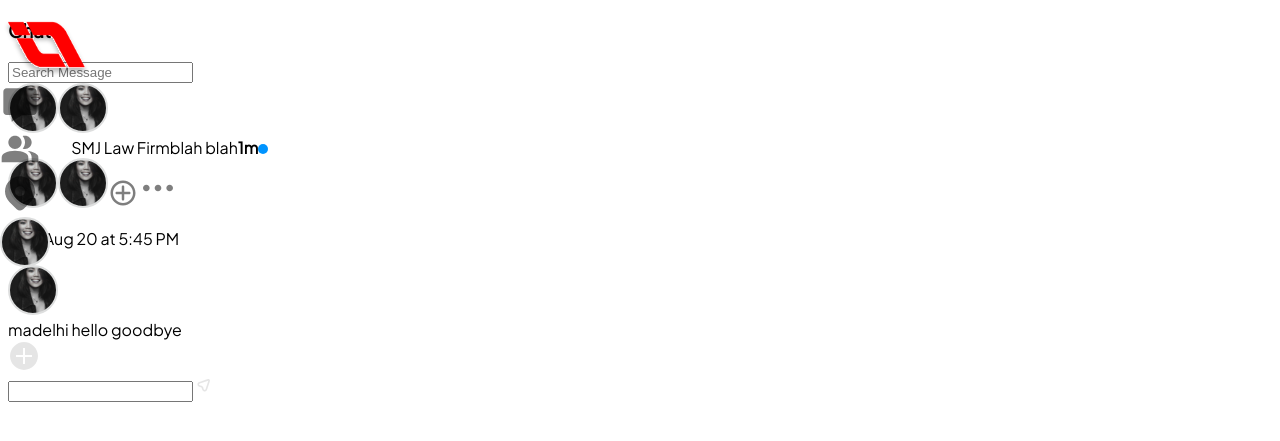
Repository: Nicktacku/LawChat
Page: /homechat (app in frontend/lawchat/)
These files come from the project's save history. The page is drawn as it stood at one moment and after the next save; the edit follows.
The browser window is 1280 px wide. The pictures show the whole page.
The project was rebuilt for these pictures with package versions that can differ from the ones it lists, and the page was loaded fresh each time. Also part of the build but not shown: frontend/lawchat/src/styles/button.css, frontend/lawchat/src/components/Button.js, frontend/lawchat/src/pages/Home.js, frontend/lawchat/src/pages/Login.js, frontend/lawchat/src/pages/Test.js.

Above is the page before, as saved 2024-08-15 14:10:18.

### frontend/lawchat/public/index.html
<!DOCTYPE html>
<html lang="en">
  <head>
    <meta charset="utf-8" />
    <link rel="icon" href="%PUBLIC_URL%/favicon.ico" />
    <meta name="viewport" content="width=device-width, initial-scale=1" />
    <meta name="theme-color" content="#000000" />
    <meta
      name="description"
      content="Web site created using create-react-app"
    />
    <link rel="apple-touch-icon" href="%PUBLIC_URL%/logo192.png" />
    <!--
      manifest.json provides metadata used when your web app is installed on a
      user's mobile device or desktop. See https://developers.google.com/web/fundamentals/web-app-manifest/
    -->
    <link rel="manifest" href="%PUBLIC_URL%/manifest.json" />
    <link
      href="https://fonts.googleapis.com/css?family=Plus Jakarta Sans"
      rel="stylesheet"
    />
    <!--
      Notice the use of %PUBLIC_URL% in the tags above.
      It will be replaced with the URL of the `public` folder during the build.
      Only files inside the `public` folder can be referenced from the HTML.

      Unlike "/favicon.ico" or "favicon.ico", "%PUBLIC_URL%/favicon.ico" will
      work correctly both with client-side routing and a non-root public URL.
      Learn how to configure a non-root public URL by running `npm run build`.
    -->
    <title>React App</title>
  </head>
  <body>
    <noscript>You need to enable JavaScript to run this app.</noscript>
    <div id="root"></div>
    <!--
      This HTML file is a template.
      If you open it directly in the browser, you will see an empty page.

      You can add webfonts, meta tags, or analytics to this file.
      The build step will place the bundled scripts into the <body> tag.

      To begin the development, run `npm start` or `yarn start`.
      To create a production bundle, use `npm run build` or `yarn build`.
    -->
  </body>
</html>

### frontend/lawchat/src/App.js
import Home from "./pages/Home.js";
import Login from "./pages/Login.js";
import HomeChat from "./pages/HomeChat.js";

import {
  createBrowserRouter,
  createRoutesFromElements,
  Route,
  RouterProvider,
} from "react-router-dom";
import Test from "./pages/Test.js";

const router = createBrowserRouter(
  createRoutesFromElements(
    <Route path="/">
      <Route index element={<Home />} />
      <Route path="/login" element={<Login />} />
      <Route path="/homechat" element={<HomeChat />} />
      <Route path="/test" element={<Test />} />
    </Route>
  )
);

function App() {
  return (
    <div className="App">
      {/* <Login /> */}
      <RouterProvider router={router} />
    </div>
  );
}

export default App;

### frontend/lawchat/src/pages/HomeChat.js
import React from "react";

import logo from "../images/logo.svg";
import chaticon from "../images/chaticon.svg";
import friendsicon from "../images/friendsicon.svg";
import locationicon from "../images/locationicon.svg";
import personaldp from "../images/personaldp.svg";

import newchaticon from "../images/newchaticon.svg";
import ChatPreview from "../components/ChatPreview";

import addicon from "../images/addicon.svg";
import tripledoticon from "../images/tripledoticon.svg";
import ChatBubble from "../components/ChatBubble";

import attachicon from "../images/attachicon.svg";

import sendicon from "../images/sendicon.svg";

import "../styles/homechat.css";

const HomeChat = () => {
  return (
    <div className="container">
      <div className="sidebar">
        <img src={logo} className="img" /> <br />
        <img src={chaticon} className="img" /> <br />
        <img src={friendsicon} className="img" /> <br />
        <img src={locationicon} className="img" /> <br />
        <img src={personaldp} className="img" /> <br />
      </div>
      <div className="chats">
        <h3 className="h3">
          <b>Chats</b>
        </h3>
        <image src={newchaticon} />
        <form>
          <input type="text" placeholder="Search Message" />
        </form>
        <ChatPreview name="SMJ Law Firm" preview="blah blah" />
      </div>
      <div className="chat">
        <div className="chat-bar">
          <img src={personaldp} />
          <img src={personaldp} />
          <img src={addicon} />
          <img src={tripledoticon} />
        </div>
        <div className="chat-content">
          <p>Sun, Aug 20 at 5:45 PM</p>
          <ChatBubble name="madel" message="hi hello goodbye" />
        </div>
        <div className="chatbox">
          <img src={attachicon} />
          <form>
            <input type="text" placeholder="" />
            <img src={sendicon} />
          </form>
        </div>
      </div>
    </div>
  );
};

export default HomeChat;

### frontend/lawchat/src/styles/home.css
body {
    font-family: 'Plus Jakarta Sans';
}

.body {
    padding-left: 5%;
    padding-right: 5%;
}

.navbar {
    overflow: hidden;
    border-bottom: 1px solid rgba(129, 133, 137, 0.3);
    padding-left: 3%;
    padding-right: 3%;
}



.nav-list {
    list-style-type: none;
    margin: 0;
    padding: 0;
    text-align: center;
}

.nav-item {
    float: right;
    padding: 2vh;
}

.logo{
    overflow: hidden;
    float:left;
}

.body-content {
    width: 40%;
    float: left;
    justify-content: center;
}

.body-image {
    width: 60%;
    float: right;
}

.h1{
    font-size: 18vh;
    margin-top: 30%;
}

.p {
    font-size: 5vh;
    color: gray;
}

.stores {
    justify-content: space-around;
}

.body-image {
    position: relative;
}

/* .body-image-content {
    position: absolute;
    width: 100px;
    height: 100px;
    border: 1px solid red;
} */

### frontend/lawchat/src/components/ChatPreview.js
import React from "react";

import personaldp from "../images/personaldp.svg";
import bluedot from "../images/bluedot.svg";

function ChatPreview(props) {
  return (
    <div className="container">
      <div className="images">
        <img src={personaldp} />
        <img src={personaldp} />
      </div>
      <div className="body">
        {props.name}
        {props.preview}
        <b>1m</b>
        <img src={bluedot} />
      </div>
    </div>
  );
}

export default ChatPreview;

### frontend/lawchat/src/components/ChatBubble.js
import React from "react";

import personaldp from "../images/personaldp.svg";

function ChatBubble(props) {
  return (
    <div className="container">
      <img src={personaldp} />
      <div className="chat">
        {props.name}
        {props.message}
      </div>
    </div>
  );
}

export default ChatBubble;

### frontend/lawchat/src/styles/homechat.css
.sidebar {
    height: 100%;
    width: 160px;
    position: fixed;
    top: 0;
    left: 0;
    overflow-x: hidden;
    padding-top: 16px;
    margin-right: 5%;
  }

.img{
    size: auto;
  }

Loaded but not shown: frontend/lawchat/src/index.js (common file)

After the next save:
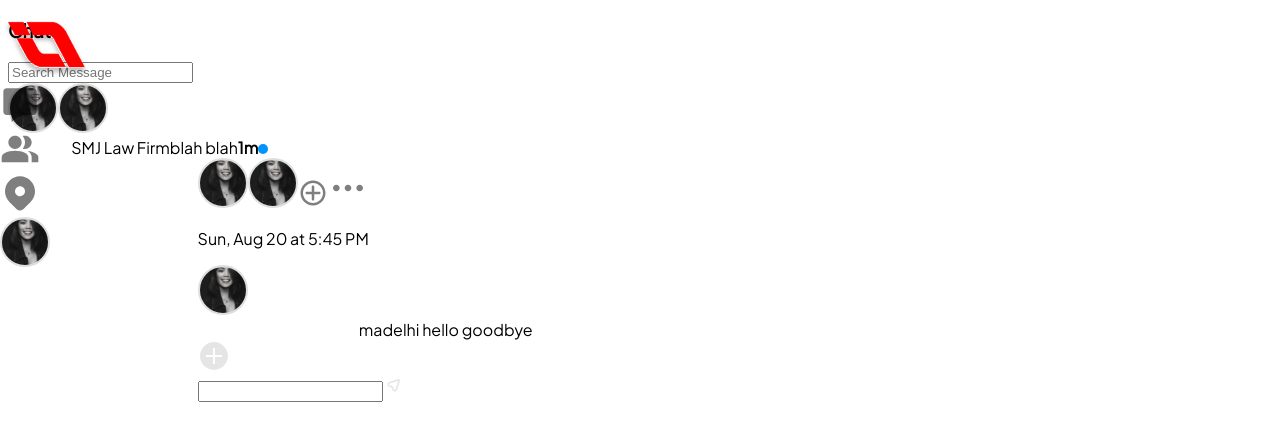
Saved 54 s later.
--- a/frontend/lawchat/src/styles/homechat.css
+++ b/frontend/lawchat/src/styles/homechat.css
@@ -6,8 +6,11 @@
     left: 0;
     overflow-x: hidden;
     padding-top: 16px;
-    margin-right: 5%;
   }
+
+.chat {
+    margin-left: 15%
+}
 
 .img{
     size: auto;
